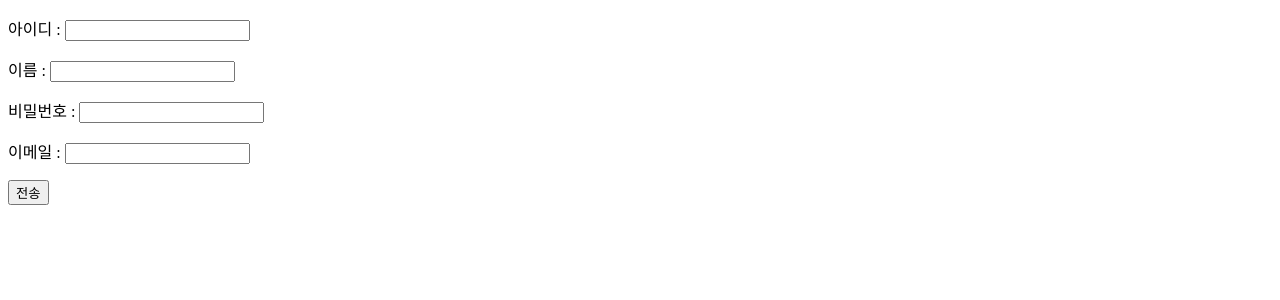
Repository: kth0153/Cloud_JSP-Servlet_Edu
Page: http://localhost/prjEx/join.jsp
These files come from the project's save history. The page is drawn as it stood at one moment and after the next save; the edit follows.
The browser window is 1280 px wide. The pictures show the whole page.
The page is served by Tomcat 9. Other server files are loaded and not shown.

Above is the page before, as saved 2022-10-04 03:42:44.

### study/prjEx/src/main/webapp/join.jsp
<%@ page language="java" contentType="text/html; charset=UTF-8" pageEncoding="UTF-8"%>
<!DOCTYPE html>
<html lang="ko">
<head>
<meta charset="UTF-8">
<meta http-equiv="X-UA-Compatible" content="IE=edge">
<meta name="viewport" content="width=device-width, initial-scale=1.0">
<script src="https://code.jquery.com/jquery-3.6.1.js"></script>
<title>Insert title here</title>
</head>
<body>
<form action="chklogin.do" method="post" name="textform">

	<p>아이디 : <input type="text" name="id"/></p>
	<p>이름 : <input type="text" name="name"/></p>
	<p>비밀번호 : <input type="text" name="pw"/></p>
	<p>이메일 : <input type="text" name="email"/></p>

	<p><input type="submit" value="전송" /></p>

</form>

</body>
</html>

After the next save:
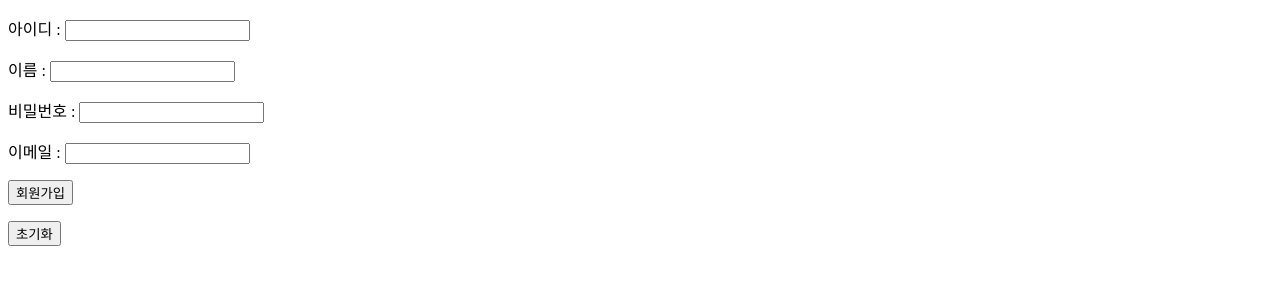
Saved 88 s later.
--- a/study/prjEx/src/main/webapp/join.jsp
+++ b/study/prjEx/src/main/webapp/join.jsp
@@ -16,7 +16,8 @@
 	<p>비밀번호 : <input type="text" name="pw"/></p>
 	<p>이메일 : <input type="text" name="email"/></p>
 
-	<p><input type="submit" value="전송" /></p>
+	<p><input type="submit" value="회원가입" /></p>
+	<p><input type="reset" value="초기화" /></p>
 
 </form>
 
